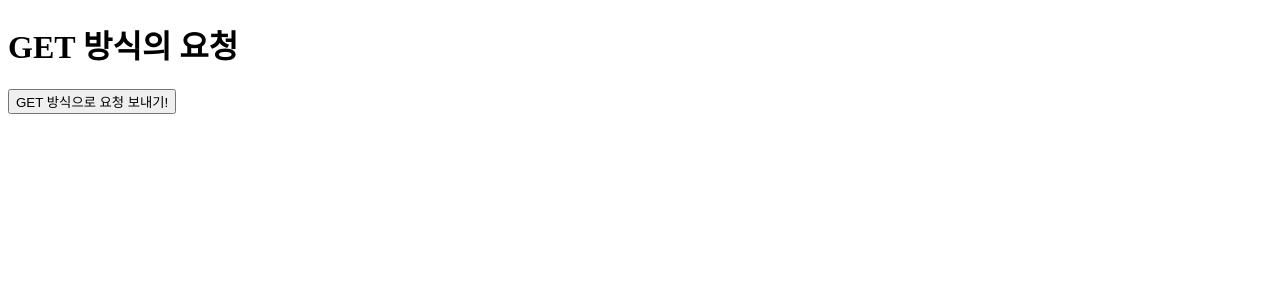
Repository: zoselakt/My_practice_JSP
Page: http://localhost/day07/ajax_test.jsp
These files come from the project's save history. The page is drawn as it stood at one moment and after the next save; the edit follows.
The browser window is 1280 px wide. The pictures show the whole page.
The page is served by Tomcat 9.

Above is the page before, as saved 2022-02-28 13:10:51.

### day07/WebContent/ajax_test.jsp
<%@ page language="java" contentType="text/html; charset=UTF-8"
    pageEncoding="UTF-8"%>
<!DOCTYPE html>
<html>
<head>
<meta charset="UTF-8">
<title>get, post 방식의 요청</title>
</head>

<body>
	<h1>GET 방식의 요청</h1>
	<button onclick="sendRequest()">GET 방식으로 요청 보내기!</button>
	<p id="text"></p>
</body>
<script>
	function sendRequest(){
		var xhr = new XMLHttpRequest();
		xhr.open("GET", "request_ajax.jsp?city=Seoul&zipcode=45645", true);
		xhr.send();

		xhr.onreadystatechange = function() {
			if(xhr.readyState == XMLHttpRequest.DONE && xhr.status == 200){
				document.getElementById("text").innerHTML = xhr.responseText;
			}
		}
	}
</script>

 <%--
 <body>
 	<h1>POST 방식의 요청</h1>
 	<button onclick="sendRequest()">post방식으로 요청보내기</button>
 	<p id="text"></p>
 </body>


 <script>
 	function sendRequest() {
		var xhr = new XMLHttpRequest();

		xhr.open("POST", "request_ajax.jsp", true);
		xhr.setRequestHeader("Content-Type", "application/x-www-form-urlencoded");
		xhr.send("city=Seoul&zipcode=54645");

		xhr.onreadystatechange = function() {
			if(xhr.readyState == XMLHttpRequest.DONE && xhr.status == 200){
				document.getElementById("text").innerHTML = xhr.responseText;
			}
		}
	}

 </script>
  --%>
</html>

After the next save:
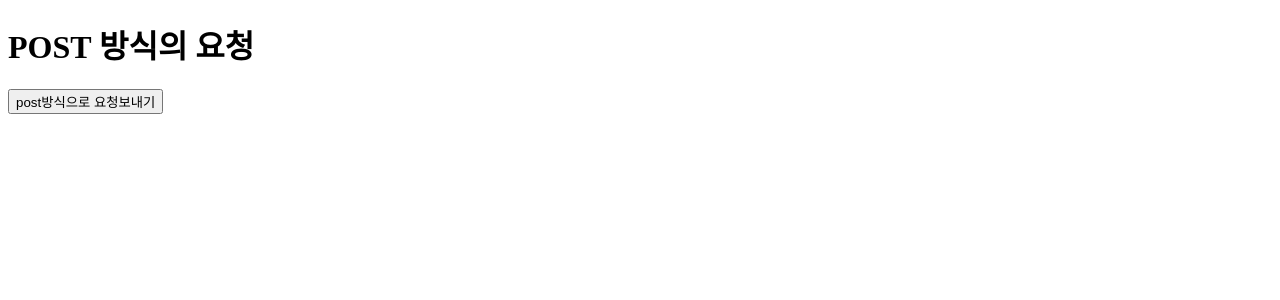
Saved 17 s later.
--- a/day07/WebContent/ajax_test.jsp
+++ b/day07/WebContent/ajax_test.jsp
@@ -6,7 +6,7 @@
 <meta charset="UTF-8">
 <title>get, post 방식의 요청</title>
 </head>
-
+ <%--
 <body>
 	<h1>GET 방식의 요청</h1>
 	<button onclick="sendRequest()">GET 방식으로 요청 보내기!</button>
@@ -25,8 +25,8 @@
 		}
 	}
 </script>
+  --%>
 
- <%--
  <body>
  	<h1>POST 방식의 요청</h1>
  	<button onclick="sendRequest()">post방식으로 요청보내기</button>
@@ -50,5 +50,5 @@
 	}
 
  </script>
-  --%>
+
 </html>
